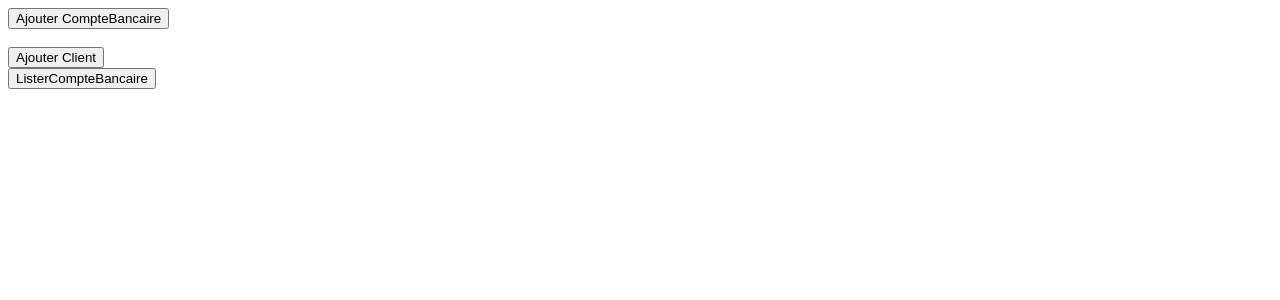
Repository: SyllAbabacar/workspace
Page: GestionBancaireWEB/WebContent/Accueil.html
The author's editor kept a copy of each file at every save. The page is drawn from the files as they stood at one save, then again after the next save.
The browser window is 1280 px wide. The pictures show the whole page.

Above is the page before, as saved 2015-12-13 13:28:41.

After the next save:
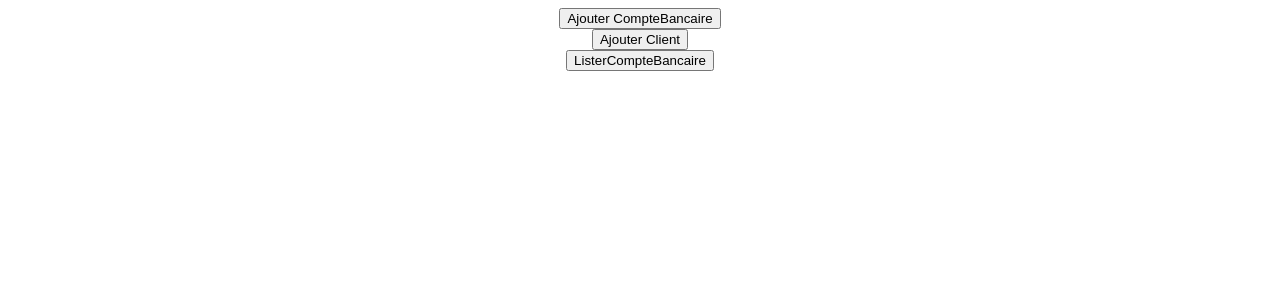
Saved 2 min 49 s later.
--- a/GestionBancaireWEB/WebContent/Accueil.html
+++ b/GestionBancaireWEB/WebContent/Accueil.html
@@ -5,8 +5,12 @@
 <title>Insert title here</title>
 </head>
 <body>
-<form action="ServiceServelet" method="post" ><input type="submit"  value="Ajouter CompteBancaire"  name="ajoutercompte"/></form> <br/>
+<div align="center">
+<table>
+<tr><form action="ServiceServelet" method="post" ><input type="submit"  value="Ajouter CompteBancaire"  name="ajoutercompte"/></form></tr> <br/>
 <a href="ajoutcb.jsp"><button value="Ajouter CompteBancaire">Ajouter Client</button></a> <br/>
 <form action="ServiceServelet" method="post"><input type="submit"  value="ListerCompteBancaire" name="listerCompte" /></form>
+</table>
+</div>
 </body>
 </html>
